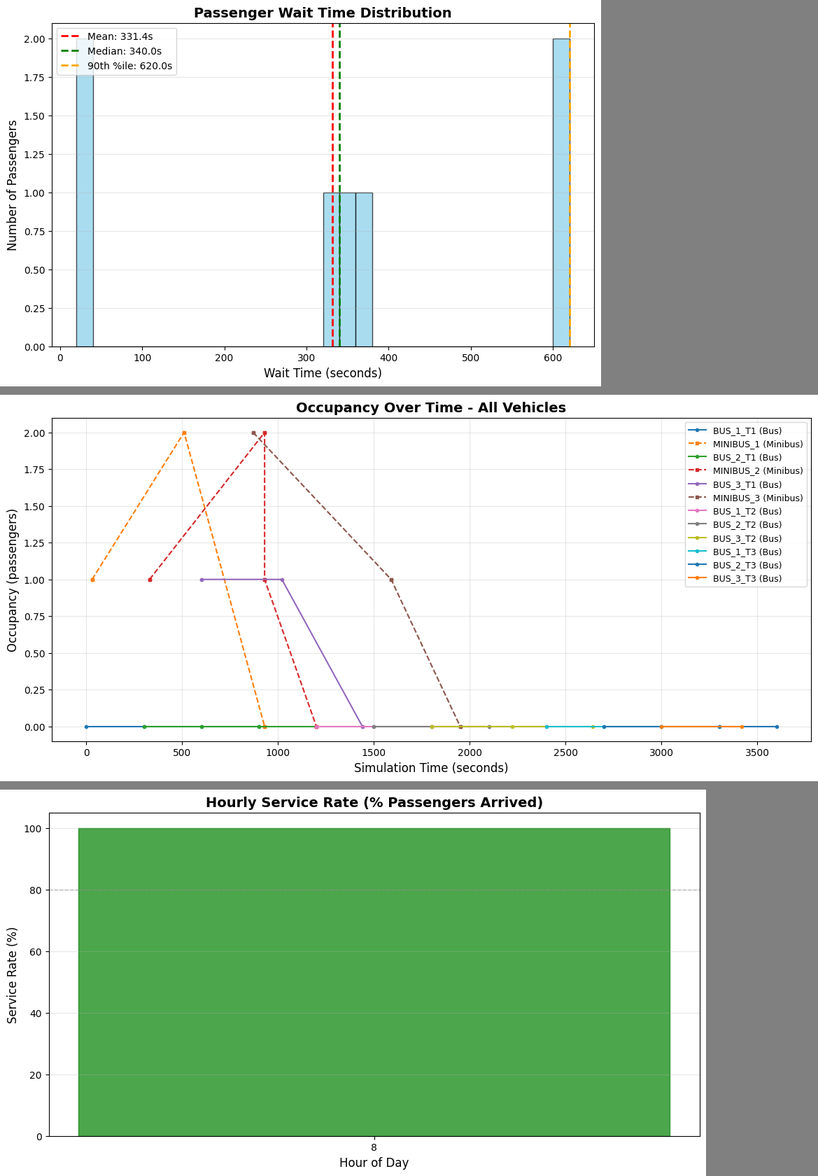
Repository: Jingren-Tang/Minibus_simulation
Script's output: python main.py
The author's editor kept a copy of each file at every save. The script's output is drawn from the files as they stood at one save, then again after the next save.
The pictures show rows 0 to 2080 of an output 1680 px tall, at 70% of full size.
Each picture stacks the figures in order, with grey between them; figures that are only written to a file come last. Random numbers start from a fixed seed. It also reads data/travel_time_matrix.npy, mockdata/travel_time_matrix.npy.

Above is the script's output before, as saved 2025-12-18 18:04:53.

### main.py
"""
Traffic Simulation System - Main Entry Point

This module serves as the main entry point for the traffic simulation system.
It handles configuration loading, engine initialization, and simulation execution.
"""

import sys
import logging
import argparse
from datetime import datetime, timedelta
import time
import os

from simulation.engine import SimulationEngine
import config


def setup_logging(log_level=None, log_file=None):
    """
    Configure the logging system with both file and console handlers.

    Args:
        log_level: Override log level from config
        log_file: Override log file path from config
    """
    level = log_level or config.LOG_LEVEL
    file_path = log_file or config.LOG_FILE

    # Create formatters
    formatter = logging.Formatter(
        '[%(asctime)s] [%(levelname)s] [%(name)s] - %(message)s',
        datefmt='%Y-%m-%d %H:%M:%S'
    )

    # Configure root logger
    logger = logging.getLogger()
    logger.setLevel(level)

    # Remove existing handlers
    logger.handlers = []

    # Console handler
    console_handler = logging.StreamHandler(sys.stdout)
    console_handler.setFormatter(formatter)
    logger.addHandler(console_handler)

    # File handler
    try:
        file_handler = logging.FileHandler(file_path, mode='a', encoding='utf-8')
        file_handler.setFormatter(formatter)
        logger.addHandler(file_handler)
    except Exception as e:
        logger.warning(f"Failed to create log file handler: {e}")


def parse_arguments():
    """
    Parse command line arguments.

    Returns:
        argparse.Namespace: Parsed arguments
    """
    parser = argparse.ArgumentParser(
        description='Traffic Simulation System',
        formatter_class=argparse.RawDescriptionHelpFormatter
    )

    parser.add_argument(
        '--config',
        type=str,
        help='Path to configuration file (optional, defaults to config.py)'
    )

    parser.add_argument(
        '--output-dir',
        type=str,
        help='Output directory for simulation results (overrides config)'
    )

    parser.add_argument(
        '--log-level',
        type=str,
        choices=['DEBUG', 'INFO', 'WARNING', 'ERROR', 'CRITICAL'],
        help='Logging level (overrides config)'
    )

    parser.add_argument(
        '--start-time',
        type=str,
        help='Simulation start time in format HH:MM:SS (overrides config)'
    )

    parser.add_argument(
        '--end-time',
        type=str,
        help='Simulation end time in format HH:MM:SS (overrides config)'
    )

    parser.add_argument(
        '--date',
        type=str,
        help='Simulation date in format YYYY-MM-DD (overrides config)'
    )

    return parser.parse_args()


def build_config_dict(cmd_overrides):
    """
    Build configuration dictionary from config module and command line overrides.

    Args:
        cmd_overrides: Dictionary containing command line parameter overrides

    Returns:
        dict: Complete configuration dictionary
    """
    # Start with the configuration from config.py
    config_dict = config.get_config()

    # Apply command line overrides
    if 'output_dir' in cmd_overrides:
        config_dict['output_dir'] = cmd_overrides['output_dir']

    if 'start_time' in cmd_overrides:
        config_dict['simulation_start_time'] = cmd_overrides['start_time']

    if 'end_time' in cmd_overrides:
        config_dict['simulation_end_time'] = cmd_overrides['end_time']

    if 'date' in cmd_overrides:
        config_dict['simulation_date'] = cmd_overrides['date']

    return config_dict


def validate_config(config_dict):
    """
    Validate the simulation configuration.

    Args:
        config_dict: Configuration dictionary

    Returns:
        bool: True if valid, False otherwise
    """
    logger = logging.getLogger(__name__)

    # Check required fields
    required_fields = ['simulation_start_time', 'simulation_end_time', 'simulation_date']
    for field in required_fields:
        if field not in config_dict:
            logger.error(f"Missing required configuration field: {field}")
            return False

    # Validate time range
    start_time_str = config_dict['simulation_start_time']
    end_time_str = config_dict['simulation_end_time']
    date_str = config_dict['simulation_date']

    try:
        # Parse times
        start_time = datetime.strptime(f"{date_str} {start_time_str}", '%Y-%m-%d %H:%M:%S')
        end_time = datetime.strptime(f"{date_str} {end_time_str}", '%Y-%m-%d %H:%M:%S')

        if start_time >= end_time:
            logger.error("Start time must be before end time")
            return False
    except ValueError as e:
        logger.error(f"Invalid time format: {e}")
        return False

    # Run config module validation
    if not config.validate_config():
        logger.error("Configuration validation failed")
        return False

    return True


def print_welcome():
    """Print welcome banner."""
    print("=" * 60)
    print("    Traffic Simulation System")
    print("=" * 60)
    print()


def print_config_summary(config_dict):
    """
    Print configuration summary.

    Args:
        config_dict: Configuration dictionary
    """
    logger = logging.getLogger(__name__)

    logger.info("Configuration Summary:")
    logger.info(f"  Simulation Date: {config_dict['simulation_date']}")
    logger.info(f"  Start Time: {config_dict['simulation_start_time']}")
    logger.info(f"  End Time: {config_dict['simulation_end_time']}")
    logger.info(f"  Number of Buses: {config_dict['num_buses']}")
    logger.info(f"  Bus Capacity: {config_dict['bus_capacity']}")
    logger.info(f"  Number of Minibuses: {config_dict['num_minibuses']}")
    logger.info(f"  Minibus Capacity: {config_dict['minibus_capacity']}")
    logger.info(f"  Optimization Interval: {config_dict['optimization_interval']}s")
    logger.info(f"  Output Directory: {config_dict['output_dir']}")
    logger.info(f"  Log Level: {logging.getLevelName(logger.getEffectiveLevel())}")
    print()


def main():
    """
    Main entry point for the traffic simulation system.

    Returns:
        int: Exit code (0 for success, 1 for failure)
    """
    # Record start time
    real_start_time = time.time()

    try:
        # Parse command line arguments
        args = parse_arguments()

        # Setup logging
        log_level = getattr(logging, args.log_level) if args.log_level else None
        setup_logging(log_level=log_level)

        logger = logging.getLogger(__name__)

        # Print welcome message
        print_welcome()

        # Build command line overrides dictionary
        cmd_overrides = {}

        if args.output_dir:
            cmd_overrides['output_dir'] = args.output_dir

        if args.start_time:
            # Validate time format HH:MM:SS
            try:
                datetime.strptime(args.start_time, '%H:%M:%S')
                cmd_overrides['start_time'] = args.start_time
            except ValueError:
                logger.error(f"Invalid start time format: {args.start_time} (expected HH:MM:SS)")
                return 1

        if args.end_time:
            # Validate time format HH:MM:SS
            try:
                datetime.strptime(args.end_time, '%H:%M:%S')
                cmd_overrides['end_time'] = args.end_time
            except ValueError:
                logger.error(f"Invalid end time format: {args.end_time} (expected HH:MM:SS)")
                return 1

        if args.date:
            # Validate date format YYYY-MM-DD
            try:
                datetime.strptime(args.date, '%Y-%m-%d')
                cmd_overrides['date'] = args.date
            except ValueError:
                logger.error(f"Invalid date format: {args.date} (expected YYYY-MM-DD)")
                return 1

        # Build complete configuration dictionary
        logger.info("Building configuration...")
        config_dict = build_config_dict(cmd_overrides)

        # Log any overrides applied
        if cmd_overrides:
            logger.info("Applied configuration overrides:")
            for key, value in cmd_overrides.items():
                logger.info(f"  {key} = {value}")

        # Validate configuration
        if not validate_config(config_dict):
            logger.error("Configuration validation failed")
            return 1

        # Print configuration summary
        print_config_summary(config_dict)

        # Log simulation start
        logger.info("=" * 60)
        logger.info("Starting traffic simulation...")
        logger.info(f"Real start time: {datetime.now().strftime('%Y-%m-%d %H:%M:%S')}")
        logger.info("=" * 60)

        # Create and initialize simulation engine
        # Pass the configuration dictionary to SimulationEngine
        logger.info("Initializing simulation engine...")
        engine = SimulationEngine(config_dict)

        # Initialize the engine
        engine.initialize()
        logger.info("Simulation engine initialized successfully")

        # Run the simulation
        logger.info("Running simulation...")
        engine.run()

        # Calculate and log execution time
        real_end_time = time.time()
        total_time = real_end_time - real_start_time

        logger.info("=" * 60)
        logger.info("Simulation completed successfully!")
        logger.info(f"Real end time: {datetime.now().strftime('%Y-%m-%d %H:%M:%S')}")
        logger.info(f"Total execution time: {total_time:.2f} seconds ({total_time/60:.2f} minutes)")
        logger.info("=" * 60)

        print()
        print("=" * 60)
        print(f"✓ Simulation completed successfully!")
        print(f"  Total execution time: {total_time:.2f} seconds")
        print("=" * 60)

        return 0

    except KeyboardInterrupt:
        logger = logging.getLogger(__name__)
        logger.warning("\nSimulation interrupted by user")
        print("\n⚠ Simulation interrupted by user")
        return 1

    except Exception as e:
        logger = logging.getLogger(__name__)
        logger.exception(f"Fatal error during simulation: {e}")
        print(f"\n✗ Fatal error: {e}")
        print("  Check log file for details")
        return 1

    finally:
        # Log final message
        try:
            logger = logging.getLogger(__name__)
            logger.info("Simulation system shutdown")
        except:
            pass


if __name__ == "__main__":
    sys.exit(main())

### config.py
"""
Configuration module for the mixed traffic simulation system.

This module contains all configurable parameters for the simulation,
including time settings, file paths, vehicle configurations, and optimization settings.
All parameters can be modified here without changing the core simulation code.


Config to change: SIMULATION_START_TIME, SIMULATION_END_TIME, STATIONS_FILE, TRAVEL_TIME_MATRIX_FILE,
MATRIX_METADATA_FILE, BUS_SCHEDULE_FILE(mockdata or data)
ENABLE_MINIBUS, MINIBUS_INITIAL_LOCATIONS,
PASSENGER_GENERATION_METHOD: "test" or "od_matrix"

"""

import os
from typing import Dict, Any


# ============================================================================
# TIME SETTINGS
# ============================================================================

# Simulation start time in HH:MM:SS format
SIMULATION_START_TIME = "8:00:00"

# Simulation end time in HH:MM:SS format
SIMULATION_END_TIME = "9:00:00"

# Simulation date in YYYY-MM-DD format
SIMULATION_DATE = "2024-07-25"


# ============================================================================
# DATA FILE PATHS
# ============================================================================

# Path to the stations definition file (JSON format)
STATIONS_FILE = "mockdata/stations.json"

# Path to the travel time matrix (NumPy binary format)
TRAVEL_TIME_MATRIX_FILE = "mockdata/travel_time_matrix.npy"

# Path to the matrix metadata file (JSON format)
MATRIX_METADATA_FILE = "mockdata/matrix_metadata.json"

# Path to the bus schedule file (CSV format)
BUS_SCHEDULE_FILE = "mockdata/bus_schedule.csv"


# ============================================================================
# VEHICLE SETTINGS
# ============================================================================

# Number of buses in the system (loaded from CSV, this is for reference only)
NUM_BUSES = 20

# Maximum passenger capacity for each bus
BUS_CAPACITY = 80

ENABLE_MINIBUS = True

# Number of minibuses in the system
NUM_MINIBUSES = 3

# Maximum passenger capacity for each minibus
MINIBUS_CAPACITY = 6

# Initial station locations for minibuses (must match station IDs)
MINIBUS_INITIAL_LOCATIONS = ['A','B','C']  # Can also be "random"


# ============================================================================
# OPTIMIZER SETTINGS (for Phase 4)
# ============================================================================

# Time interval (in seconds) between optimizer calls
OPTIMIZATION_INTERVAL = 30

# Type of optimizer to use: "external_program", "internal", etc.
OPTIMIZER_TYPE = 'python_module'

# Configuration dictionary for the optimizer


OPTIMIZER_CONFIG = {
    'module_name': 'optimizer.greedy_insertion',
    'function_name': 'greedy_insert_optimize',
    'max_waiting_time': 600.0,
    'max_detour_time': 300.0,
}

# ============================================================================
# PASSENGER SETTINGS
# ============================================================================

# Maximum time (in seconds) a passenger will wait before abandoning the trip
# Default: 900 seconds = 15 minutes
PASSENGER_MAX_WAIT_TIME = 9000.0


# ============================================================================
# OUTPUT SETTINGS
# ============================================================================

# Directory where simulation results will be saved
OUTPUT_DIR = "mockdata/results/"

# Name of the log file
LOG_FILE = "simulation.log"

# Logging level: DEBUG, INFO, WARNING, ERROR, CRITICAL
LOG_LEVEL = "INFO"

# Whether to save detailed logs (may impact performance)
SAVE_DETAILED_LOGS = True

# OD MATRIX SETTINGS
OD_MATRIX_FILE = "data/od_matrix.npy"
OD_METADATA_FILE = "data/od_metadata.json"

# Passenger generation method: "test", "od_matrix", "file"
PASSENGER_GENERATION_METHOD = "test"

# ============================================================================
# OTHER SETTINGS
# ============================================================================

# Random seed for reproducibility (set to None for non-deterministic behavior)
RANDOM_SEED = 42


# ============================================================================
# UTILITY FUNCTIONS
# ============================================================================

def get_config() -> Dict[str, Any]:
    """
    Package all configuration parameters into a dictionary.

    Returns:
        Dict[str, Any]: Dictionary containing all configuration parameters
    """
    config = {
        # Time settings
        "simulation_start_time": SIMULATION_START_TIME,
        "simulation_end_time": SIMULATION_END_TIME,
        "simulation_date": SIMULATION_DATE,

        # Data file paths
        "stations_file": STATIONS_FILE,
        "travel_time_matrix": TRAVEL_TIME_MATRIX_FILE,
        "matrix_metadata": MATRIX_METADATA_FILE,
        "bus_schedule_file": BUS_SCHEDULE_FILE,  # 改回 bus_schedule_file

        # Vehicle settings
        "num_buses": NUM_BUSES,
        "bus_capacity": BUS_CAPACITY,
        "enable_minibus": ENABLE_MINIBUS,
        "num_minibuses": NUM_MINIBUSES,
        "minibus_capacity": MINIBUS_CAPACITY,
        "minibus_initial_locations": MINIBUS_INITIAL_LOCATIONS,

        # Optimizer settings

        "optimization_interval": OPTIMIZATION_INTERVAL,
        "optimizer_type": OPTIMIZER_TYPE,
        "optimizer_config": OPTIMIZER_CONFIG,

        # Passenger settings
        "passenger_max_wait_time": PASSENGER_MAX_WAIT_TIME,


        # Output settings
        "output_dir": OUTPUT_DIR,
        "log_file": LOG_FILE,
        "log_level": LOG_LEVEL,
        "save_detailed_logs": SAVE_DETAILED_LOGS,

        # OD matrix settings
        "od_matrix_file": OD_MATRIX_FILE,
        "od_metadata_file": OD_METADATA_FILE,
        "passenger_generation_method": PASSENGER_GENERATION_METHOD,

        # Other settings
        "random_seed": RANDOM_SEED
    }

    return config


def validate_config() -> bool:
    """
    Validate the configuration parameters.

    Checks:
    - Required mockdata files exist
    - Output directory is writable
    - Parameter values are within valid ranges
    - Initial minibus locations match the number of minibuses

    Returns:
        bool: True if configuration is valid, False otherwise
    """
    valid = True

    # Check if required mockdata files exist
    required_files = [
        STATIONS_FILE,
        TRAVEL_TIME_MATRIX_FILE,
        MATRIX_METADATA_FILE,
        BUS_SCHEDULE_FILE
    ]

    for file_path in required_files:
        if not os.path.exists(file_path):
            print(f"Warning: Required file not found: {file_path}")
            valid = False

    # Check if output directory exists, create if it doesn't
    if not os.path.exists(OUTPUT_DIR):
        try:
            os.makedirs(OUTPUT_DIR)
            print(f"Created output directory: {OUTPUT_DIR}")
        except Exception as e:
            print(f"Error: Cannot create output directory {OUTPUT_DIR}: {e}")
            valid = False

    # Validate vehicle capacity values
    if BUS_CAPACITY <= 0:
        print("Error: BUS_CAPACITY must be positive")
        valid = False

    if MINIBUS_CAPACITY <= 0:
        print("Error: MINIBUS_CAPACITY must be positive")
        valid = False


    # Validate number of minibuses matches initial locations (only if it's a list)
    if isinstance(MINIBUS_INITIAL_LOCATIONS, list):
        if len(MINIBUS_INITIAL_LOCATIONS) != NUM_MINIBUSES:
            print(f"Warning: Number of initial minibus locations ({len(MINIBUS_INITIAL_LOCATIONS)}) "
                f"does not match NUM_MINIBUSES ({NUM_MINIBUSES})")
            valid = False
    elif MINIBUS_INITIAL_LOCATIONS != "random":
        print(f"Error: MINIBUS_INITIAL_LOCATIONS must be a list or 'random', "
            f"got {MINIBUS_INITIAL_LOCATIONS}")
        valid = False

    # Validate time format (basic check)
    time_fields = [SIMULATION_START_TIME, SIMULATION_END_TIME]
    for time_str in time_fields:
        parts = time_str.split(":")
        if len(parts) != 3:
            print(f"Error: Invalid time format: {time_str} (expected HH:MM:SS)")
            valid = False

    # Validate date format (basic check)
    date_parts = SIMULATION_DATE.split("-")
    if len(date_parts) != 3:
        print(f"Error: Invalid date format: {SIMULATION_DATE} (expected YYYY-MM-DD)")
        valid = False

    # Validate optimization interval
    if OPTIMIZATION_INTERVAL <= 0:
        print("Error: OPTIMIZATION_INTERVAL must be positive")
        valid = False

    # Validate passenger max wait time
    if PASSENGER_MAX_WAIT_TIME <= 0:
        print("Error: PASSENGER_MAX_WAIT_TIME must be positive")
        valid = False

    # Validate log level
    valid_log_levels = ["DEBUG", "INFO", "WARNING", "ERROR", "CRITICAL"]
    if LOG_LEVEL not in valid_log_levels:
        print(f"Error: Invalid LOG_LEVEL: {LOG_LEVEL} (must be one of {valid_log_levels})")
        valid = False

    if valid:
        print("Configuration validation passed")
    else:
        print("Configuration validation failed")

    return valid


# ============================================================================
# MODULE TEST
# ============================================================================

if __name__ == "__main__":
    print("=== Configuration Module Test ===\n")

    print("Current Configuration:")
    config = get_config()
    for key, value in config.items():
        print(f"  {key}: {value}")

    print("\n" + "="*50 + "\n")

    print("Validating configuration...")
    is_valid = validate_config()

    print(f"\nConfiguration is {'valid' if is_valid else 'invalid'}")

Loaded but not shown: data/stations.json (202 lines, source omitted); data/matrix_metadata.json (63 lines, source omitted); mockdata/stations.json (49 lines, source omitted); mockdata/matrix_metadata.json (29 lines, source omitted); data/bus_schedule.csv (1366 lines, source omitted); simulation/engine.py (1388 lines, source omitted); utils/statistics.py (1249 lines, source omitted); optimizer/route_optimizer.py (927 lines, source omitted); optimizer/greedy_insertion.py (952 lines, source omitted); vehicles/minibus.py (617 lines, source omitted); network/travel_time_manager.py (478 lines, source omitted); vehicles/bus.py (452 lines, source omitted); network/network.py (404 lines, source omitted); demand/passenger.py (380 lines, source omitted); network/station.py (314 lines, source omitted); demand/od_matrix.py (286 lines, source omitted); simulation/event.py (123 lines, source omitted); mockdata/bus_schedule.csv (34 lines, source omitted)

After the next save:
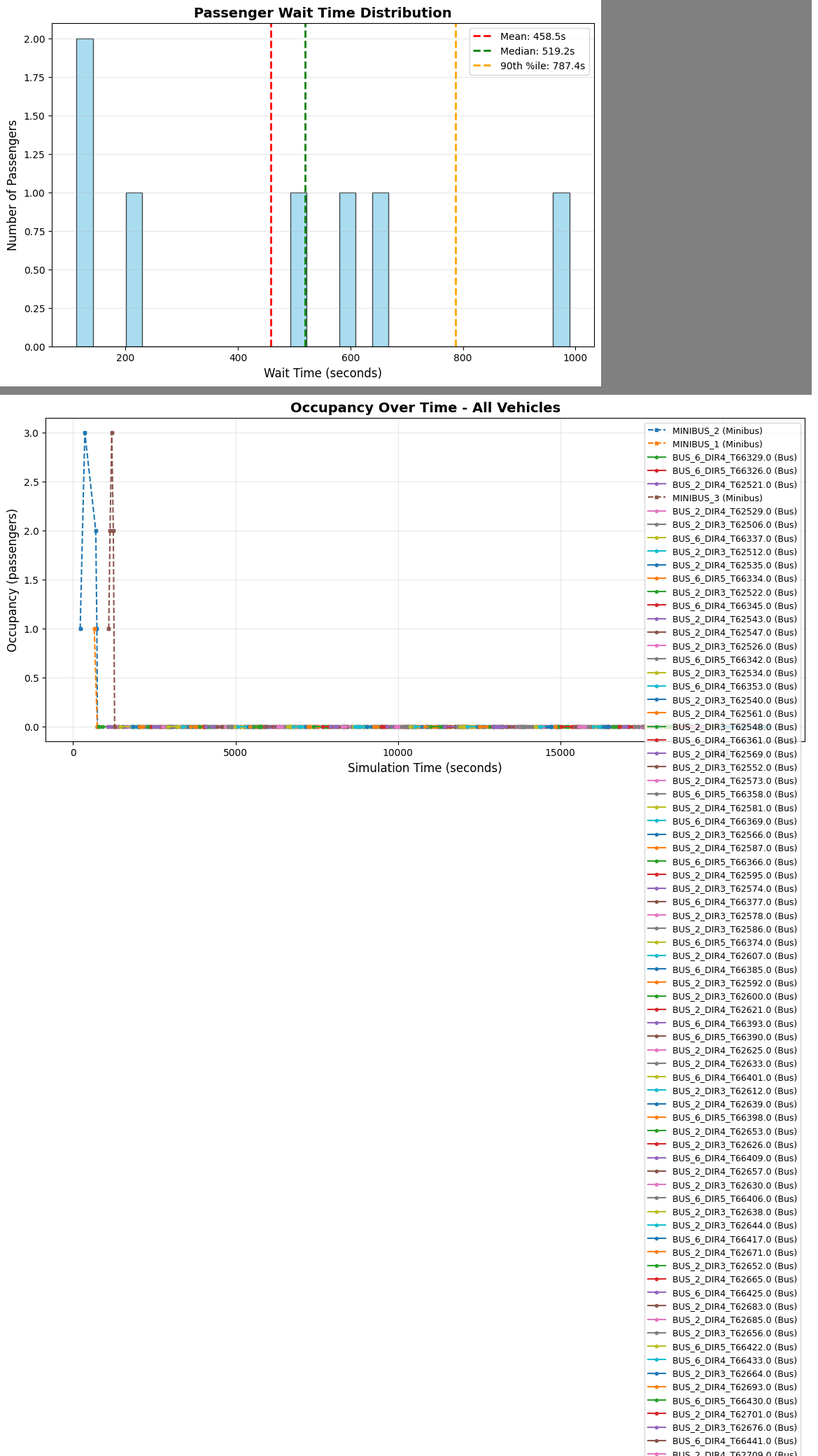
Saved 3 days later.
--- a/config.py
+++ b/config.py
@@ -7,7 +7,7 @@ All parameters can be modified here without changing the core simulation code.
 
 
 Config to change: SIMULATION_START_TIME, SIMULATION_END_TIME, STATIONS_FILE, TRAVEL_TIME_MATRIX_FILE,
-MATRIX_METADATA_FILE, BUS_SCHEDULE_FILE(mockdata or data)
+MATRIX_METADATA_FILE, BUS_SCHEDULE_FILE(data or data)
 ENABLE_MINIBUS, MINIBUS_INITIAL_LOCATIONS,
 PASSENGER_GENERATION_METHOD: "test" or "od_matrix"
 
@@ -22,10 +22,10 @@ from typing import Dict, Any
 # ============================================================================
 
 # Simulation start time in HH:MM:SS format
-SIMULATION_START_TIME = "8:00:00"
+SIMULATION_START_TIME = "15:00:00"
 
 # Simulation end time in HH:MM:SS format
-SIMULATION_END_TIME = "9:00:00"
+SIMULATION_END_TIME = "21:00:00"
 
 # Simulation date in YYYY-MM-DD format
 SIMULATION_DATE = "2024-07-25"
@@ -36,16 +36,16 @@ SIMULATION_DATE = "2024-07-25"
 # ============================================================================
 
 # Path to the stations definition file (JSON format)
-STATIONS_FILE = "mockdata/stations.json"
+STATIONS_FILE = "data/stations.json"
 
 # Path to the travel time matrix (NumPy binary format)
-TRAVEL_TIME_MATRIX_FILE = "mockdata/travel_time_matrix.npy"
+TRAVEL_TIME_MATRIX_FILE = "data/travel_time_matrix.npy"
 
 # Path to the matrix metadata file (JSON format)
-MATRIX_METADATA_FILE = "mockdata/matrix_metadata.json"
+MATRIX_METADATA_FILE = "data/matrix_metadata.json"
 
 # Path to the bus schedule file (CSV format)
-BUS_SCHEDULE_FILE = "mockdata/bus_schedule.csv"
+BUS_SCHEDULE_FILE = "data/bus_schedule.csv"
 
 
 # ============================================================================
@@ -104,7 +104,7 @@ PASSENGER_MAX_WAIT_TIME = 9000.0
 # ============================================================================
 
 # Directory where simulation results will be saved
-OUTPUT_DIR = "mockdata/results/"
+OUTPUT_DIR = "data/results/"
 
 # Name of the log file
 LOG_FILE = "simulation.log"
@@ -194,7 +194,7 @@ def validate_config() -> bool:
     Validate the configuration parameters.
 
     Checks:
-    - Required mockdata files exist
+    - Required data files exist
     - Output directory is writable
     - Parameter values are within valid ranges
     - Initial minibus locations match the number of minibuses
@@ -204,7 +204,7 @@ def validate_config() -> bool:
     """
     valid = True
 
-    # Check if required mockdata files exist
+    # Check if required data files exist
     required_files = [
         STATIONS_FILE,
         TRAVEL_TIME_MATRIX_FILE,
